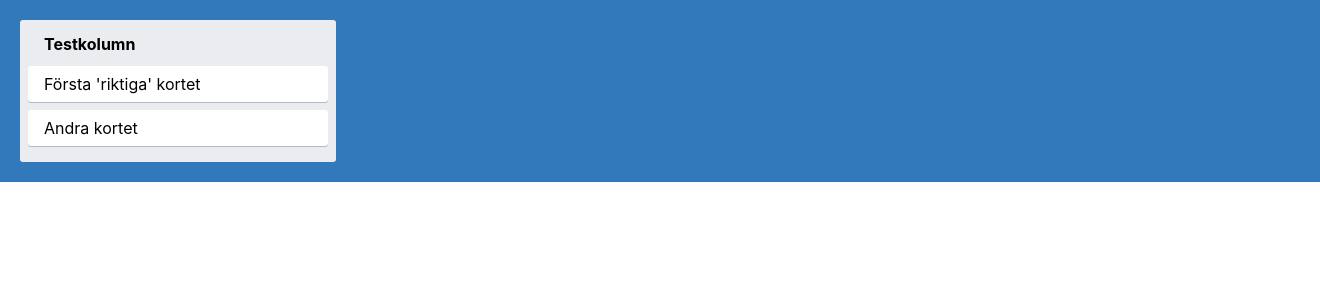
Repository: elander/grundkursen
Page: /
The author's editor kept a copy of each file at every save. The page is drawn from the files as they stood at one save, then again after the next save.
The browser window is 1280 px wide. The page is 1320 px wide, so the pictures cover 1320 px, including what lies to the right of the window. The pictures show the whole page.
The project was rebuilt for these pictures with package versions that can differ from the ones it lists, and the page was loaded fresh each time. Also part of the build but not shown: src/App.css, src/components/NewItemForm/NewItemForm.tsx.

Above is the page before, as saved 2022-04-25 11:55:36.

After the next save:
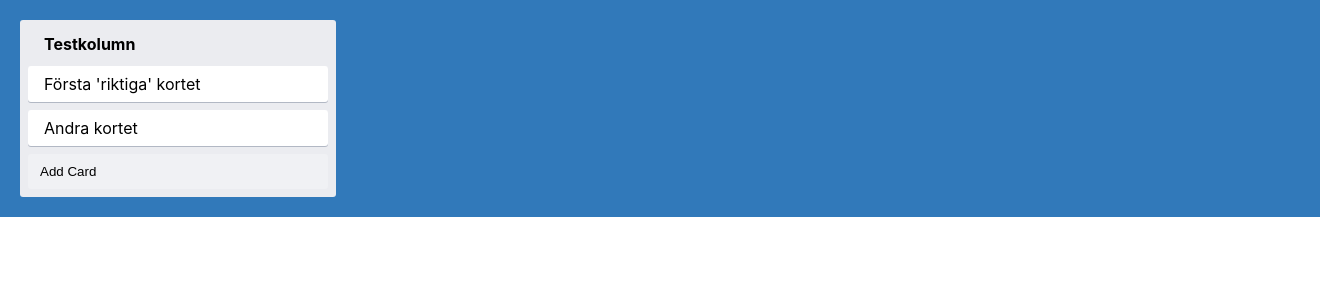
Saved 84 s later.
--- a/src/components/Column/Column.tsx
+++ b/src/components/Column/Column.tsx
@@ -1,5 +1,6 @@
 import { ColumnContainer, ColumnTitle } from "../../styles";
 
+import { AddNewItem } from "../AddNewItem/AddNewItem";
 import { Card } from "../Card/Card";
 
 type ColumnProps = {
@@ -13,6 +14,11 @@ export const Column = ({text}: ColumnProps) => {
       <ColumnTitle>{text}</ColumnTitle>
       <Card text="Första 'riktiga' kortet" />
       <Card text="Andra kortet" />
+      <AddNewItem
+      toggleButtonText="Add Card"
+      onAdd={console.log}
+      dark
+      />
       </ColumnContainer>
 
     )
